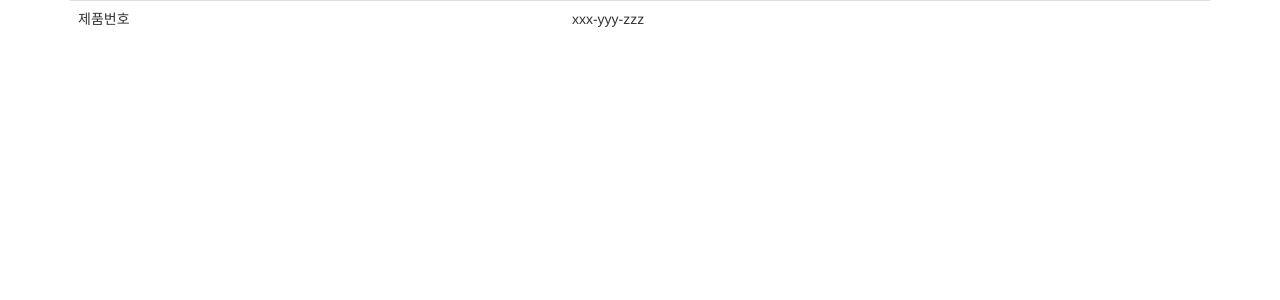
Repository: juhee1020/studying
Page: http://localhost/jsp01_basic/jsp06_action/jsp02_actiontag.jsp
An editor plug-in stored every save of this project. The page is shown before and after the next save, followed by the edit.
The browser window is 1280 px wide. The pictures show the whole page.
The page is served by Tomcat 9. Other server files are loaded and not shown.

Above is the page before, as saved 2022-12-13 03:44:44.

### JSP/jsp01_basic/WebContent/jsp06_action/jsp02_actiontag.jsp
<%@page language="java" contentType="text/html; charset=UTF-8" pageEncoding="UTF-8"%>
<!--
	JSP Action Tag

	1. Action Tag

		a. 서버나 클라이언트에게 특정 행동을 하도록 명령하는 태그
		b. JSP페이지에서 페이지와 페이지 사이를 제어
		c. 다른 페이지의 실행결과를 현재 페이지에 포함
		d. Java Beans(예를들어 BoardDTO, VO)등의 다양한 기능을 제공

	2. Action Tag의 종류

		a. jsp:forward : 다른페이지로 이동
		b. jsp:include
		c. jsp:useBean : JSP페이지에서 Java Bean 객체를 사용할 수 있도록 정의
		d. jsp:setProperty : Java Bean의 setter
		e. jsp:getProperty : Java Bean의 getter역할
		f. jsp:param : forward, include 등의 파라미터 지정

-->
<!DOCTYPE html>
<html>
<head>
<meta charset="UTF-8">
	<meta name="viewport" content="width=device-width, initial-scale=1, minimum-scale=1, maximum-scale=1">
  	<link rel="stylesheet" href="https://maxcdn.bootstrapcdn.com/bootstrap/3.4.1/css/bootstrap.min.css">
  	<script src="https://ajax.googleapis.com/ajax/libs/jquery/3.6.0/jquery.min.js"></script>
  	<script src="https://maxcdn.bootstrapcdn.com/bootstrap/3.4.1/js/bootstrap.min.js"></script>
<title>Insert title here</title>
</head>
<body>
	<div class="container">
		<table class="table table-dark table-hover">
		<tr>
			<td>제품번호</td>
			<td>xxx-yyy-zzz</td>
		</tr>
		</table>
	</div>
</body>
</html>

After the next save:
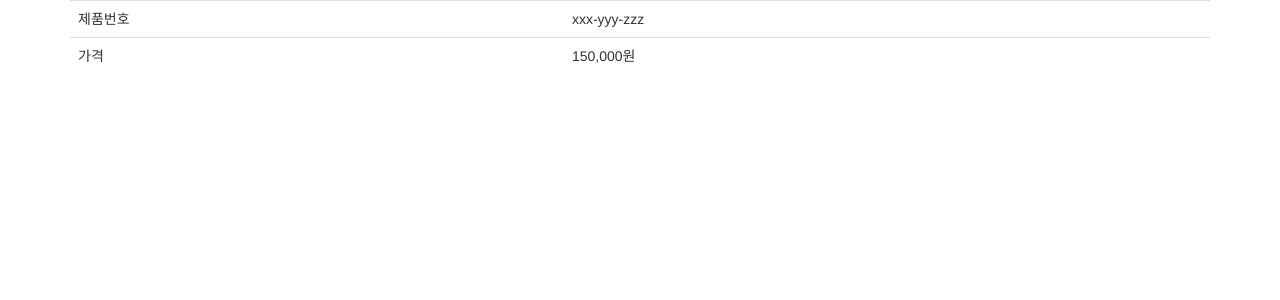
Saved 26 s later.
--- a/JSP/jsp01_basic/WebContent/jsp06_action/jsp02_actiontag.jsp
+++ b/JSP/jsp01_basic/WebContent/jsp06_action/jsp02_actiontag.jsp
@@ -36,6 +36,10 @@
 			<td>제품번호</td>
 			<td>xxx-yyy-zzz</td>
 		</tr>
+		<tr>
+			<td>가격</td>
+			<td>150,000원</td>
+		</tr>
 		</table>
 	</div>
 </body>
